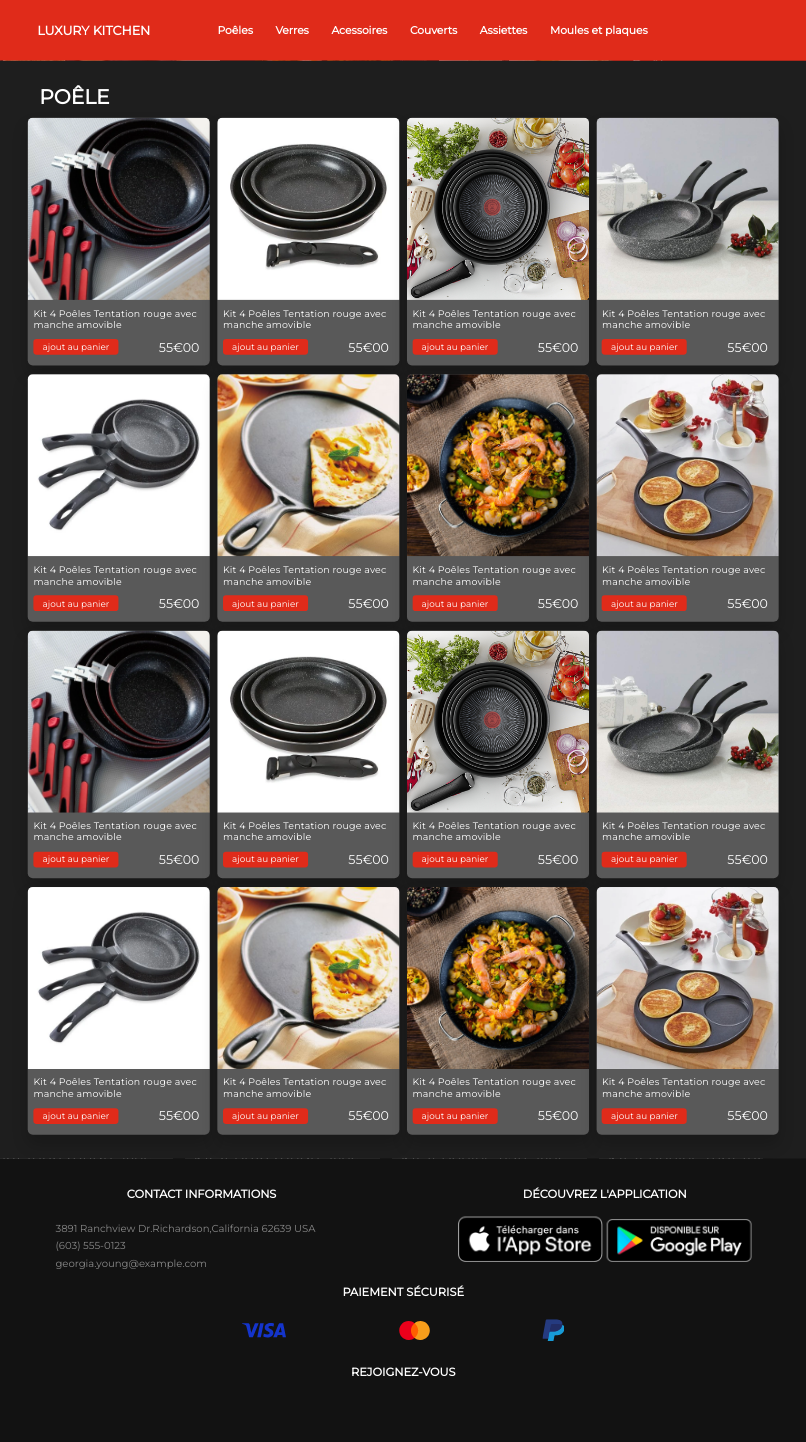
Repository: Juannpl/Luxury-Kicthen
Page: html/verres.html
The author's editor kept a copy of each file at every save. The page is drawn from the files as they stood at one save, then again after a run of saves.
The browser window is 1280 px wide. The pictures show the whole page, at 63% of full size.
Some icons come from a web library that is not loaded, so they are not drawn.

Above is the page before, as saved 2023-02-17 10:35:00.

After the next 3 saves:
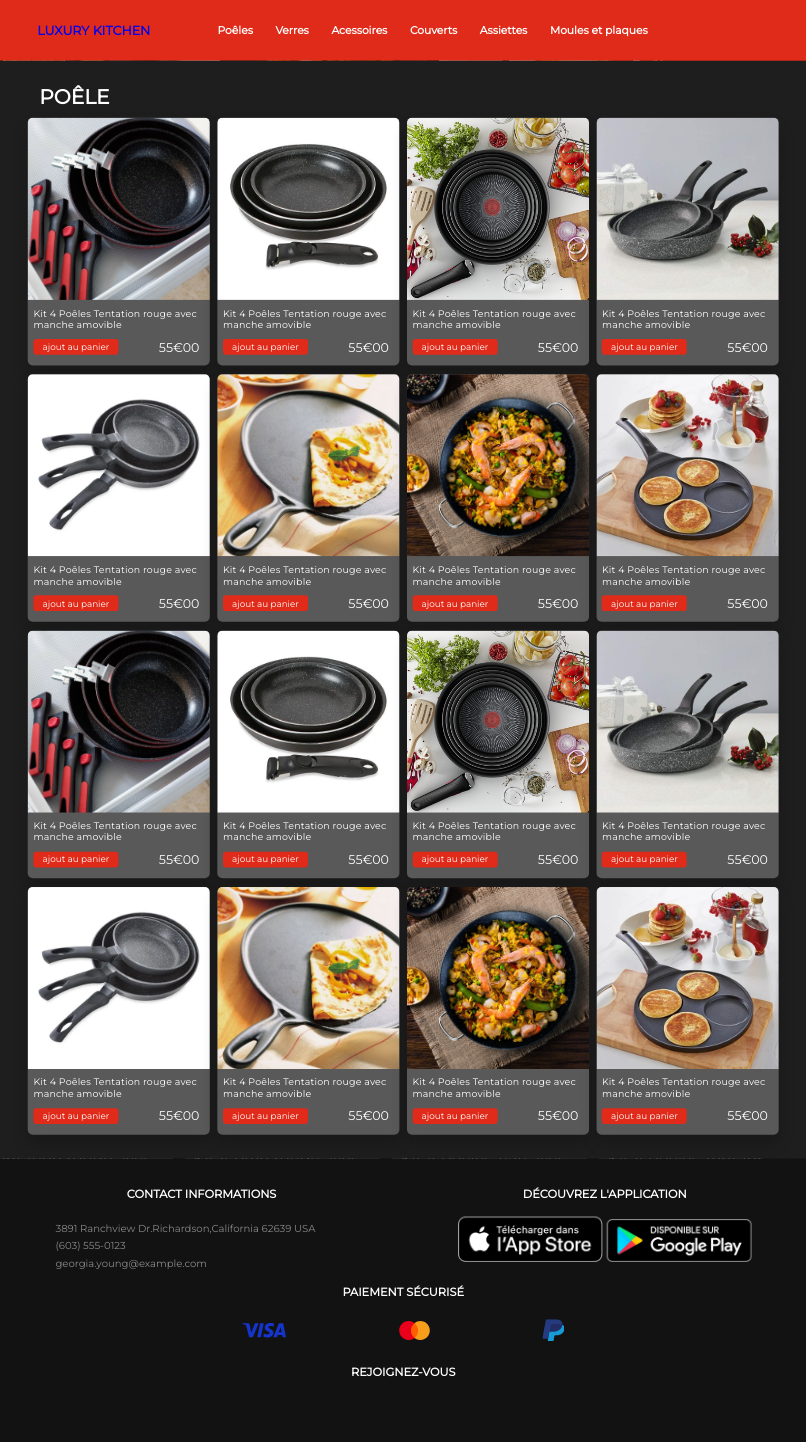
The 3 saves are shown as one change because they came seconds apart.
The last was saved 19 s later.
--- a/html/verres.html
+++ b/html/verres.html
@@ -17,7 +17,7 @@
     <!-- DEBUT DE NAV DESKTOP -->
     <nav class="nav_container row">
       <div class="logo">
-        <p>LUXURY KITCHEN</p>
+        <a href="../"><p>LUXURY KITCHEN</p></a>
         <box-icon name='chevron-left' type='solid' color='#ffffff' size="lg"></box-icon>
       </div>
       <div class="barre_categorie">
